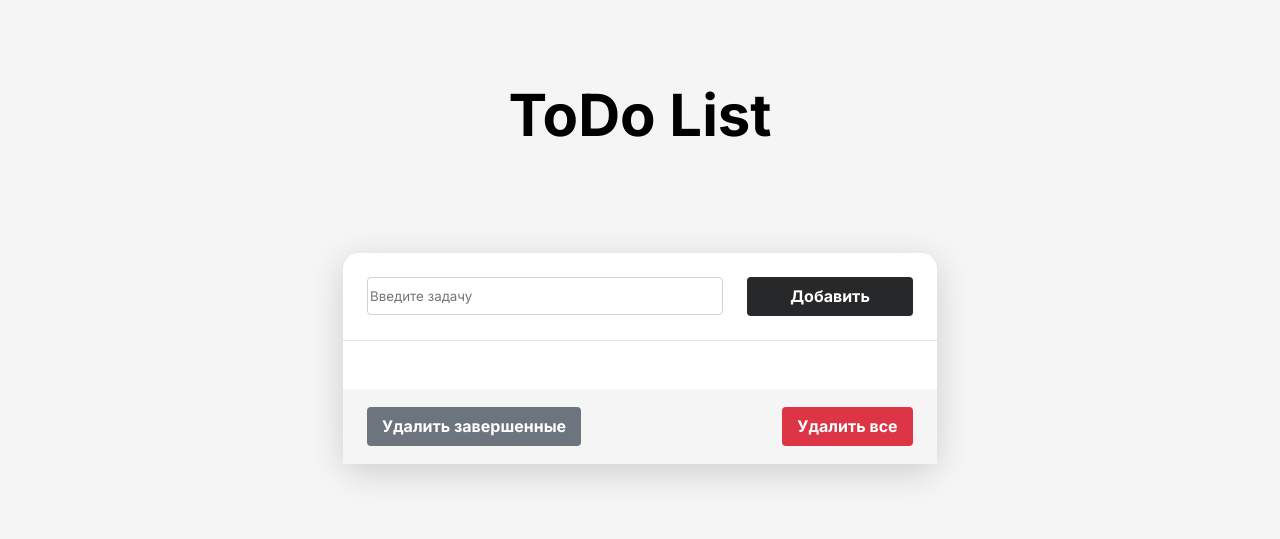
Repository: Tchistyakov/todolist
Page: /, after clicking the first element matching `button.add`
An editor plug-in stored every save of this project. The page is shown before and after the next save, followed by the edit.
The browser window is 1280 px wide. The pictures show the whole page.
The project was rebuilt for these pictures with package versions that can differ from the ones it lists, and the page was loaded fresh each time.

Above is the page before, as saved 2021-11-26 15:38:01.

After the next save:
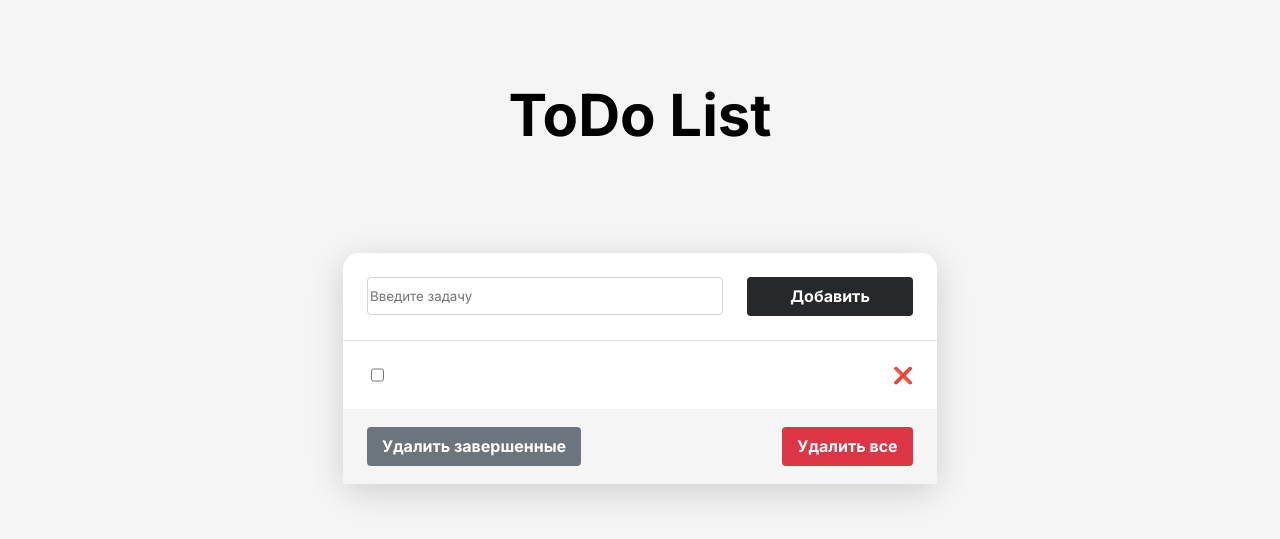
Saved 9 s later.
--- a/src/Main/Main.js
+++ b/src/Main/Main.js
@@ -21,7 +21,7 @@
         let arr = <Tag />
 
         console.log(arr)
-        setTodos(arr => [arr, todoList])
+        setTodos(to => [arr, todoList])
         setTodoList('')
     }
 

After the 2 saves that followed:
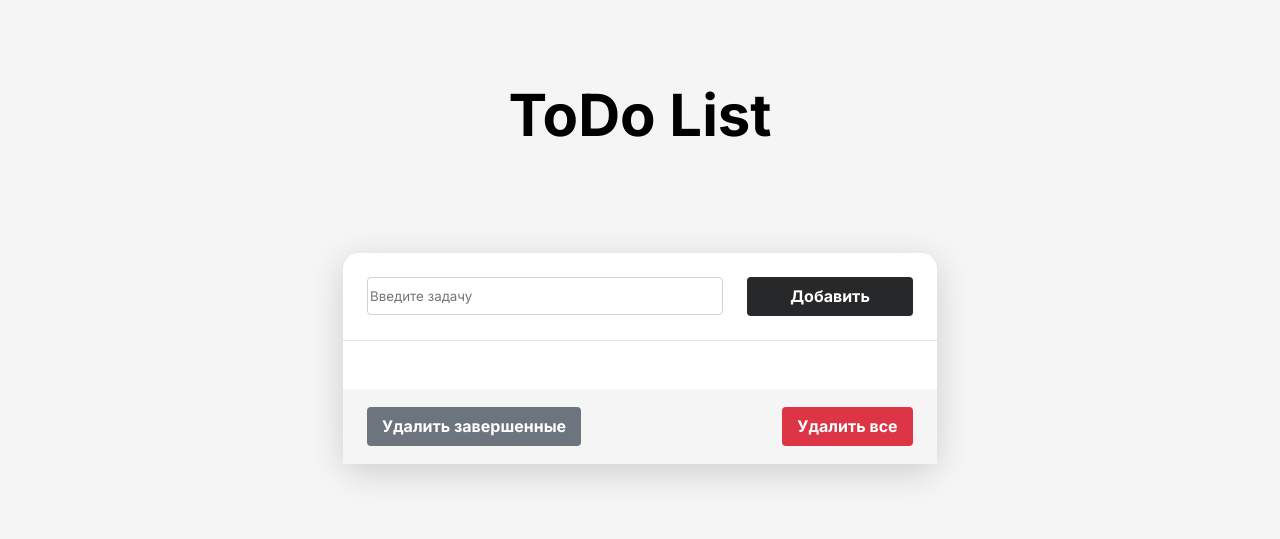
The 2 saves are shown as one change because 1 left the picture as it was.
The last was saved 36 s later.
--- a/src/Main/Main.js
+++ b/src/Main/Main.js
@@ -21,7 +21,7 @@
         let arr = <Tag />
 
         console.log(arr)
-        setTodos(to => [arr, todoList])
+        setTodos(arr => [arr, todoList])
         setTodoList('')
     }
 
